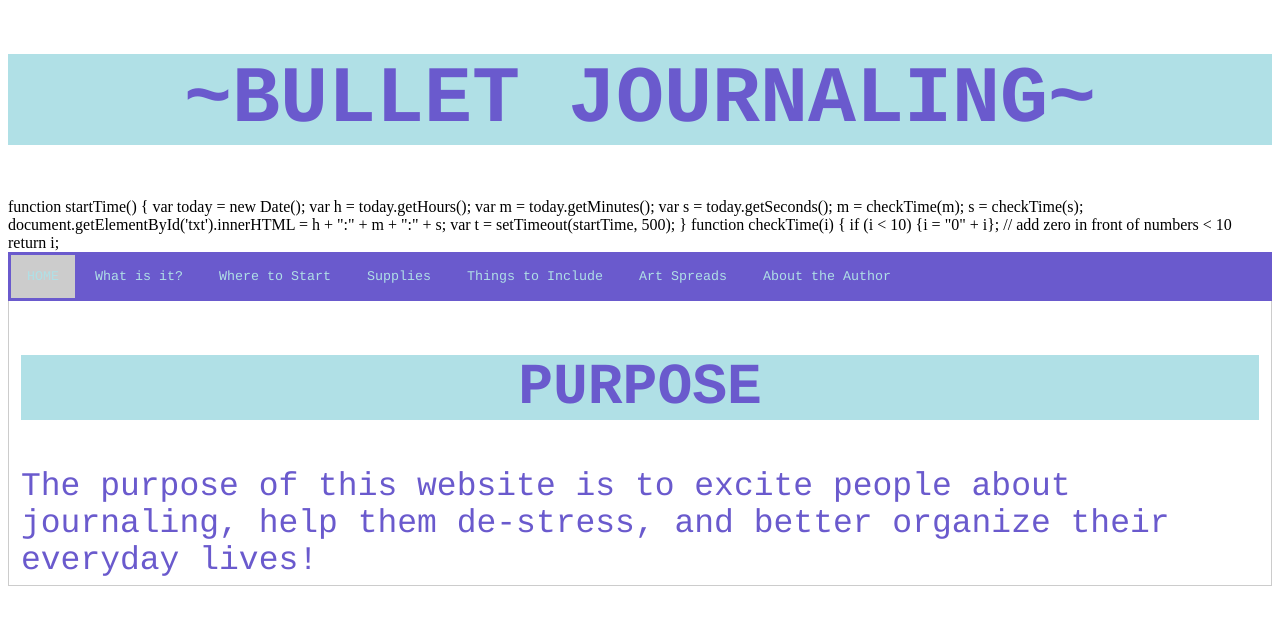
Repository: m-e-l-i-s-s-a/m-e-l-i-s-s-a.github.io
Page: journaling/index.html
The author's editor kept a record of every edit. The page is drawn from the files as they stood at one moment, then again after the next edit.
The browser window is 1280 px wide. The pictures show the whole page.

Above is the page before.

### journaling/index.html
<!doctype html>
  <html lang="en">
       <head>
           <meta charset="utf-8">
           <title>journaling site</title>
       </head>
       <body>

           <h1>
            ~BULLET JOURNALING~
          </h1>
          <p:o>
          function startTime() {
          var today = new Date();
          var h = today.getHours();
          var m = today.getMinutes();
          var s = today.getSeconds();
          m = checkTime(m);
          s = checkTime(s);
          document.getElementById('txt').innerHTML =
          h + ":" + m + ":" + s;
          var t = setTimeout(startTime, 500);
            }
          function checkTime(i) {
          if (i < 10) {i = "0" + i};  // add zero in front of numbers < 10
            return i;
          </p:o>
          <div class="tab">
          <button class="tablinks" onclick="openStep(event, 'HOME')"  id="defaultClose">HOME</button>
          <button class="tablinks" onclick="openStep(event, 'What is it?')">What is it?</button>
          <button class="tablinks" onclick="openStep(event, 'Where to Start')">Where to Start</button>
          <button class="tablinks" onclick="openStep(event, 'Supplies')">Supplies</button>
          <button class="tablinks" onclick="openStep(event, 'Things to Include')">Things to Include</button>
          <button class="tablinks" onclick="openStep(event, 'Art Spreads')">Art Spreads</button>
          <button class="tablinks" onclick="openStep(event, 'About the Author')">About the Author</button>
          </div>

          <div id="HOME" class="tabcontent">
          <h2>
          PURPOSE
          </h2>
          <p1>
          The purpose of this website is to excite people about journaling, help them de-stress, and better organize their everyday lives!</p1>
          <br>
          </div>

          <div id="What is it?" class="tabcontent">
          <h3>
          WHAT IS BULLET JOURNALING?
          </h3>
          <p2>
          Bullet journaling is a customizable way to organize your life and make it more managable. Some bullet journals are very focused on planning and efficiency, while others are artsy and fun. Any which way, a bullet journal is meant to be a planner that you can do whatever you want with!
          <br>
          </p2>
          <img src="mini.journal.jpg" alt="efficent" style="width:400px;height:400px;" class="right">
          <img src="artsy_journal.jpg" alt="art" style="width:400px;height:400px;" class="right">
          </div>

          <div id="Where to Start" class="tabcontent">
          <h4>
          WHERE TO START
          </h4>
          <p3>
          To start, you have to make sure you choose the right journal for you.
          <br>
          </p3>
          <img src="1917.dotted.jpg" alt="1917" style="width:500px;height:500px;" class="right">
          <img src="moleskine.dotted.jpg" alt="mole.cutie" style="width:500px;height:500px;" class="right">
          <img src="ghost.grid.jpg" alt="ghost" style="width:450px;height:500px;" class="right">
          <pbook>
          <br>
          Above are three options that many expirenced  folks use!
          <br>
          </pbook>
          <p1a>
          <br>
          The journal(left) known as the Leuchtturm 1917
          is considered a top choice by most.
          You can purchase it for $20 on amazon
          but there are cheaper options shown here too.
          Many people like this journal because of
          the many perks, like thick, dotted and
          numbered pages, label stickers, and
          many colors to choose from!
          <br>
          </p1a>
          <p1b>
          <br>
          The journal(middle) is called the Moleskine Dotted Hardcover journal.
          Many people consider this journal to be well made and very customizable.
          You can purchase it for $18 on amazon
          so slightly cheaper than the Leuchtturm.
          This journal is a pretty blank slate, making it well liked among the artsy type for journaling.
          The pages are thick, making them perfect for pens and markers.
          The artist in you will really love this!
          <br>
          </p1b>
          <p1c>
          <br>
          The journal(right) is called the Ghost Grid Dot journal.
          This journal isn't very popular due to the loud cover art, but it's a great place to start for beginners.
          You can purchase it for $10 on amazon making it quite affordable.
          This is yet another perk for beginners.
          This journal is spiral bound, which is not usual for bullet journalling, however many people are more comfortable and familiar with spiral notebooks.
          The pages are thick, dotted, and it has built in index pages at the front.
          <br>
          </p1c>
          </div>

          <div id="Supplies" class="tabcontent">
          <h5>
          SUPPLIES
          </h5>
          <p4>
          There are numerous amounts of supplies you can use for journalling, from a few pens to a whole art kit. Here I'll give you some commonly used to get you going!
          <br>
          </p4>
          <hboi>
          <br>
          Fineliners
          <br>
          </hboi>
          <pboi>
          <br>
          Fineliners are markers that come in many different colors that have a very fine tip. Normally used for outlining and writing, they are a staple in most bullet journals.
          <br>
          </pboi>
          <img src="liners.1.jpg" alt="liners.1" style="width:500px;height:500px;">
          <img src="liners.2.jpg" alt="liners.2" style="width:500px;height:500px;">
          <hboiv2>
          <br>
          Pens
          <br>
          </hboiv2>
          <pboiv2>
          <br>
          You probably have countless pens around your house but most journals have thick paper that will work much better with high quality gel pens.
          <br>
          </pboiv2>
          <img src="pens.1.jpg" alt="pens.1" style="width:500px;height:500px;">
          <img src="pens.2.jpg" alt="pens.2" style="width:500px;height:500px;">
          <hboiv3>
          <br>
          Markers
          <br>
          </hboiv3>
          <pboiv3>
          <br>
          Markers are used to color, decorate, and embelish the spreads in your bullet journal. While they aren't necesseary to journalling, they can be a great and exciting edition to yours!
          <br>
          </pboiv3>
          <img src="markers.1.jpg" alt="markers.1" style="width:500px;height:500px;">
          <img src="markers.2.jpg" alt="markers.2" style="width:500px;height:500px;">
          </div>

          <div id="Things to Include" class="tabcontent">
          <h6>
          THINGS TO INCLUDE
          </h6>
          <p5>
          You can include some many things in a bullet journal, but it is common to include calenders, planners, and other organizational spreads. However, there are plenty of things that can give your journal more personality!
          <br>
          </p5>
          <img src="daily.planner.jpg" alt="daily" style="width:500px;height:500px;">
          <img src="monthly.planner.png" alt="monthly" style="width:500px;height:500px;">
          <h1a>
          <br>
          Planners
          </h1a>
          <p2a>
          <br>
          Planners are what bullet journals are all about! They help you organize your life, remember important dates, and everything in between!
          <br>
          </p2a>
          <img src="mood.tracker.1.jpg" alt="mood.1" style="width:500px;height:500px;">
          <img src="mood.tracker.2.png" alt="mood.2" style="width:500px;height:500px;">
          <h1b>
          <br>
          Mood Trackers
          <br>
          </h1b>
          <p2b>
          <br>
          Mood trackers can help you recongize and pick up on behaviors you feel throughtout the month so yu can reflect on yourself and your emotions.
          <br>
          </p2b>
          <img src="habit.tracker.1.jpg" alt="habit.1" style="width:500px;height:500px;">
          <img src="habit.tracker.2.jpg" alt="habit.2" style="width:500px;height:500px;">
          <h1c>
          <br>
          Habit Trackers
          <br>
          </h1c>
          <p2c>
          <br>
          Habit trackers, similar to mood trackers, help you understand and keep track of things you might forget about like water or food intake. Tracking this can help you understand your behaviors and see what you can improve on!
          <br>
          </p2c>
          </div>

          <div id="Art Spreads" class="tabcontent">
          <hbruh>
          ART SPREADS
          </hbruh>
          <p7>
          <br>
          <img src="spread.1.jpg" alt="1" style="width:500px;height:500px;">
          <img src="spread.2.png" alt="2" style="width:500px;height:500px;">
          <img src="spread.3.png" alt="3" style="width:500px;height:500px;">
          <img src="spread.4.jpg" alt="4" style="width:500px;height:500px;">
          <br>
          </p7>
          </div>

          <div id="About the Author" class="tabcontent">
          <h9>
          ABOUT THE AUTHOR
          <br>
          </h9>
          <p8>
          <br>
          The author of this site is a person named Melissa Gomez. She really likes to draw, design, and journal but unforunately, often can't find enough time to dedicate in her everyday life to this.
          <br>
          </p8>
          </div>

          <script>
          function openStep(evt, stepName)
          {
            var i, tabcontent, tablinks;
            tabcontent = document.getElementsByClassName("tabcontent");
            for (i = 0; i < tabcontent.length; i++)
            {
              tabcontent[i].style.display = "none";
            }
            tablinks = document.getElementsByClassName("tablinks");
            for (i = 0; i < tablinks.length; i++)
            {
              tablinks[i].className = tablinks[i].className.replace(" active", "");
            }
            document.getElementById(stepName).style.display = "block";
            evt.currentTarget.className += " active";
          }
          </script>

          <script>
          document.getElementById("defaultClose").click();
          </script>
  </body>

  </html>

  <link href="journaling.css" rel="stylesheet" type="text/css">

### journaling/journaling.css
h1
       {
 	       text-align: center;
 	       font-family: courier;
 	       color: slateblue;
 	       background-color: powderblue;
 	       font-size: 80px;
       }

h2, h3, h4, h5, h6, h7, hbruh, h9
       {
 	       text-align: center;
 	       font-family: courier;
 	       color: slateblue;
 	       background-color: powderblue;
 	       font-size: 58px;
       }

h1a, h1b, h1c, hboi, hboiv2, hboiv3
       {
              text-align: center;
 	       font-family: courier;
 	       color: slateblue;
 	       background-color: powderblue;
 	       font-size: 58px;
       }
p1, p2, p3, p4, p5, p6, p7, p8, pbook
       {
              text-align: center;
              font-family: courier;
              color: slateblue;
              font-size: 33px;
       }

p1a, p1b, p1c, p2a, p2b, p2c, pboi, pboiv2, pboiv3
       {
              text-align: left;
              font-family: courier;
              color: slateblue;
              font-size: 25px;
       }

.tab   {
              overflow: hidden;
              border: 3px solid slateblue;
              background-color: slateblue;
       }

.tab button
       {
              background-color: inherit;
              float: inherit;
              border: none;
              outline: none;
              color: powderblue;
              cursor: pointer;
              padding: 14px 16px;
              transition: 0.3s;
              font-family: cursive, courier;
       }

/* Change background color of buttons on hover */
.tab button:hover
       {
              background-color: #ddd;
       }

/* Create an active/current "tab button" class */
.tab .active
       {
              background-color: #ccc;
       }

/* Style the tab content */
.tabcontent
       {
              display: none;
              padding: 6px 12px;
              border: 1px solid #ccc;
              border-top: none;
       }

After the next edit:
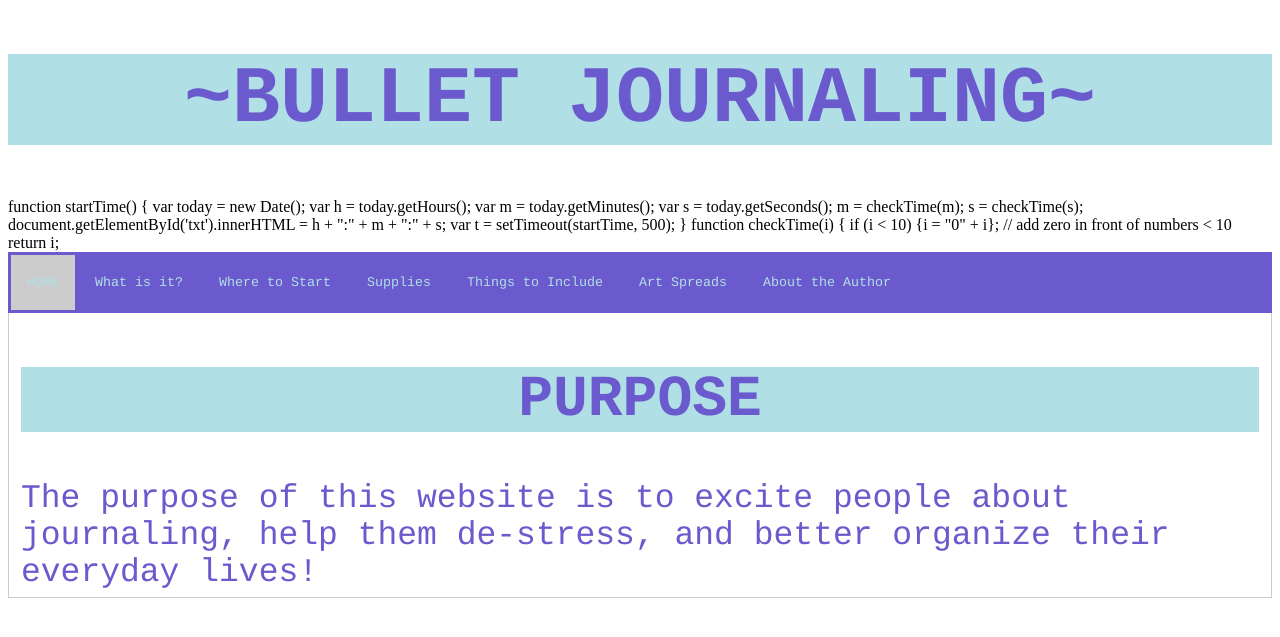
The edit:
--- a/journaling/journaling.css
+++ b/journaling/journaling.css
@@ -54,7 +54,7 @@
               outline: none;
               color: powderblue;
               cursor: pointer;
-              padding: 14px 16px;
+              padding: 20px 16px;
               transition: 0.3s;
               font-family: cursive, courier;
        }
